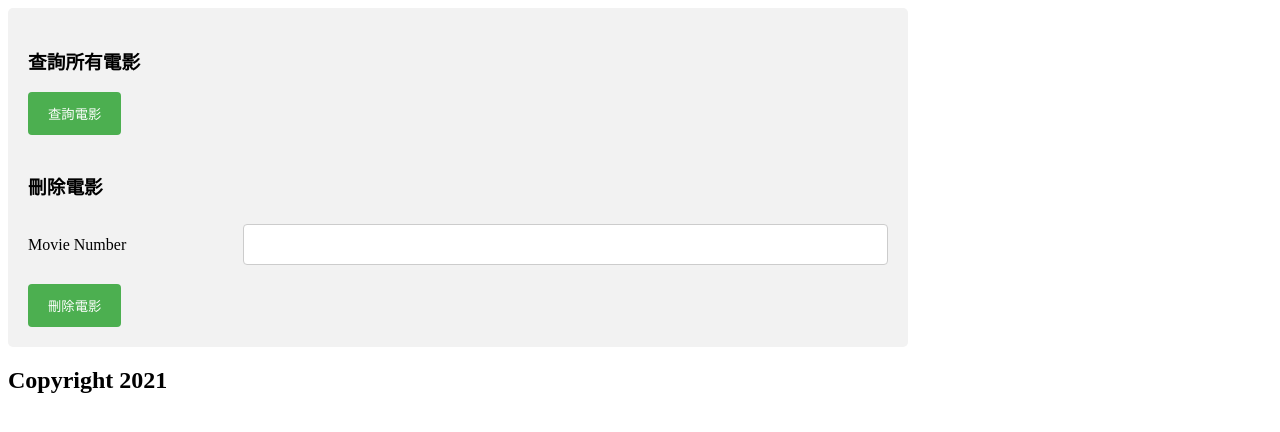
Repository: PEICHI26/Cinema
Page: http://localhost/Cinema/Delete.jsp
These files come from the project's save history. The page is drawn as it stood at one moment and after the next save; the edit follows.
The browser window is 1280 px wide. The pictures show the whole page.
The page is served by Tomcat 9. Nobody is signed in. The application's start-up code is not run.

Above is the page before, as saved 2021-12-18 02:56:49.

After the next save:
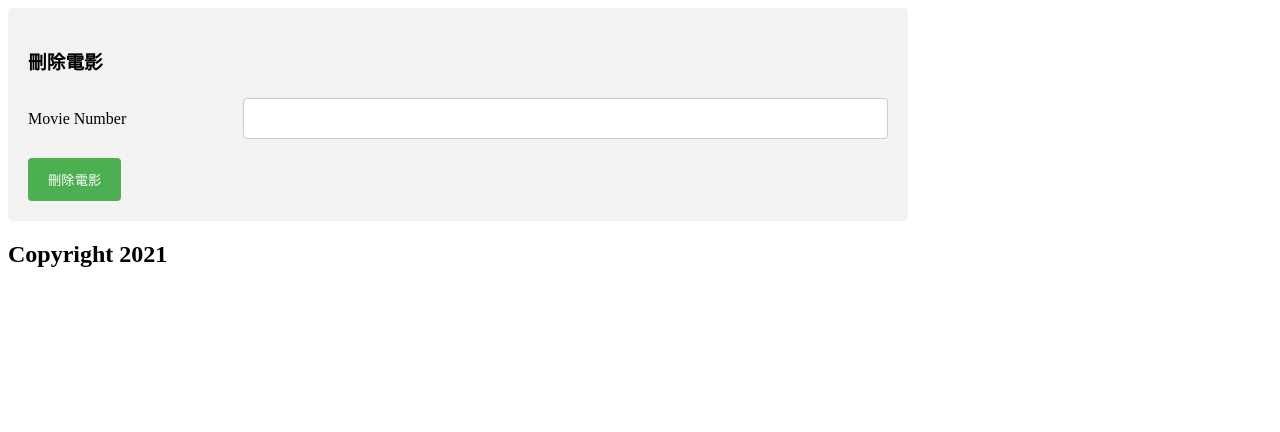
Saved 6 min 48 s later.
--- a/Cinema/src/main/webapp/Delete.jsp
+++ b/Cinema/src/main/webapp/Delete.jsp
@@ -74,13 +74,7 @@ input[type=submit]:hover {
 </head>
 <body>
 	<div class="container">
-		<h3>查詢所有電影</h3>
-		<form action="MovieServlet" method="post">
-		<div class="row">
-			<input type="submit" name="QUERY" value="查詢電影">
-		</div>
-		</form>
-		<br>
+
 		<h3>刪除電影</h3>
 		<form action="MovieServlet" method="post">
 			<div class="row">
